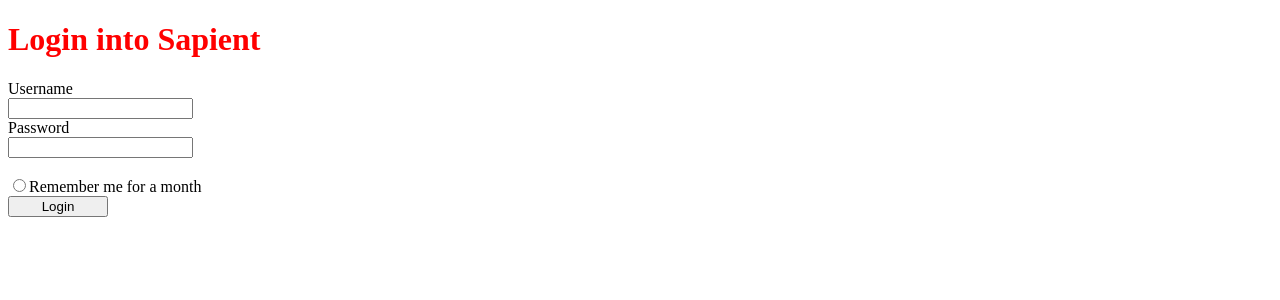
Repository: sauran/SapientTraining
Page: DemoProject/WebContent/Login.html
The author's editor kept a copy of each file at every save. The page is drawn from the files as they stood at one save, then again after the next save.
The browser window is 1280 px wide. The pictures show the whole page.

Above is the page before, as saved 2015-09-15 09:25:58.

### DemoProject/WebContent/Login.html
<!DOCTYPE html>
<html>
<head>
<meta charset="ISO-8859-1">
<title>Login</title>
</head>
<body>

	<h1 style="color: red" "text-align="right">Login into Sapient</h1>
	<form action="" method="get" id="form">
		Username <br> <input type="text" name="username"><br>
		Password<br> <input type="password" name="password"><br>
		<br> <input type="radio">Remember me for a month <br>
		<input style="width: 100px" type="submit" name="Login" value="Login">



	</form>

</body>
</html>

After the next save:
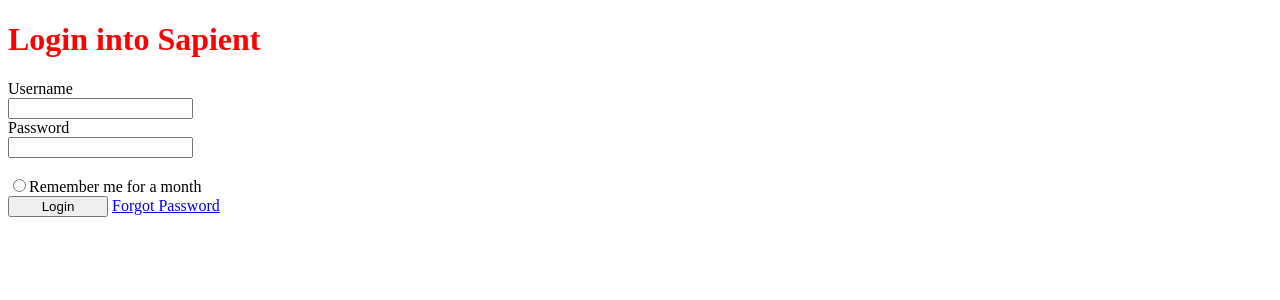
Saved 2 min 24 s later.
--- a/DemoProject/WebContent/Login.html
+++ b/DemoProject/WebContent/Login.html
@@ -14,6 +14,9 @@
 		<input style="width: 100px" type="submit" name="Login" value="Login">
 
 
+		<a href = "passwordrecovery.html">Forgot Password</a>
+
+
 
 	</form>
 
